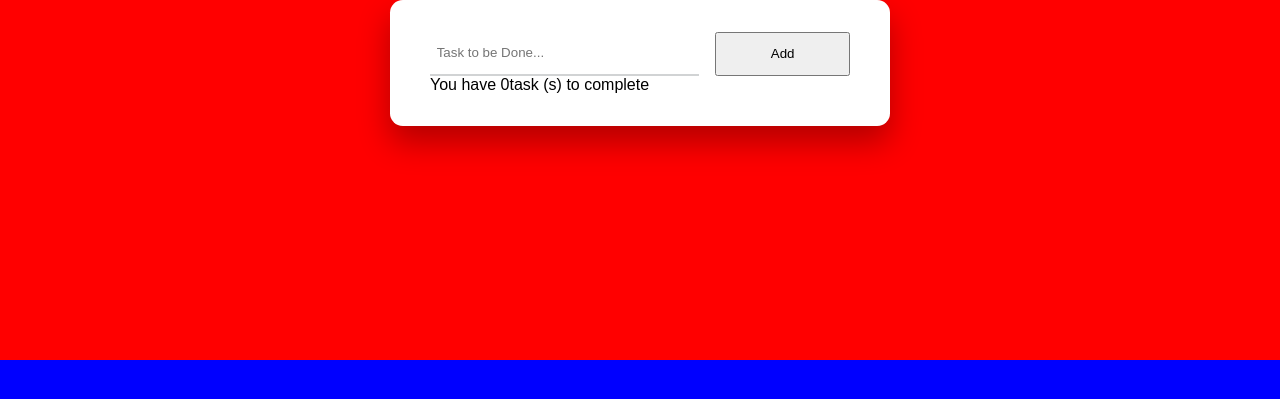
Repository: JunaidAnsari202/Todo-List
Page: index.html
An editor plug-in stored every save of this project. The page is shown before and after a run of saves, followed by the edit.
The browser window is 1280 px wide. The pictures show the whole page.
The first visible `#wrapper input` has the focus.

Above is the page before, as saved 2023-10-30 12:38:04.

After the next 3 saves:
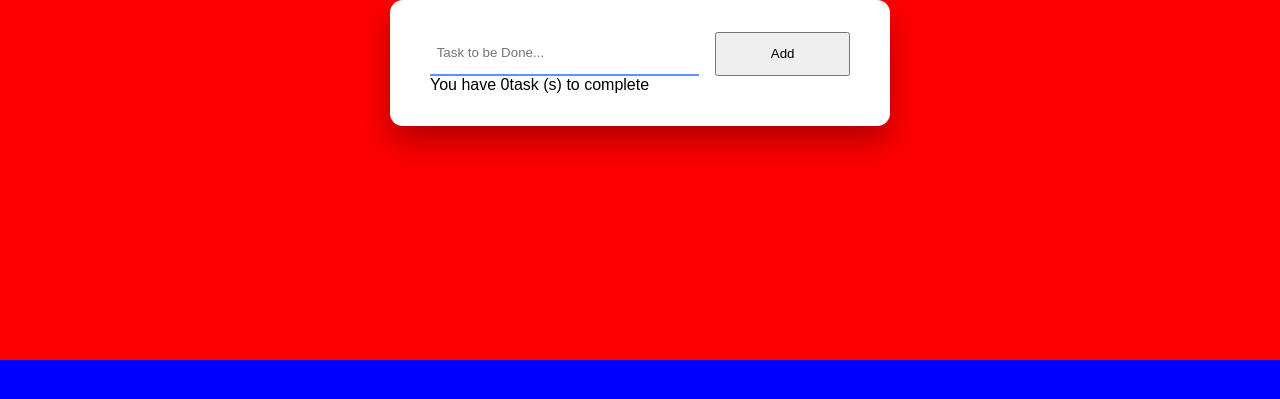
The 3 saves are shown as one change because they came seconds apart.
The last was saved 12 s later.
--- a/style.css
+++ b/style.css
@@ -46,5 +46,5 @@ body{
 
 #wrapper input:focus{
     outline: none;
-    border-color: #5a;
+    border-color: #5a95ff;
 }
